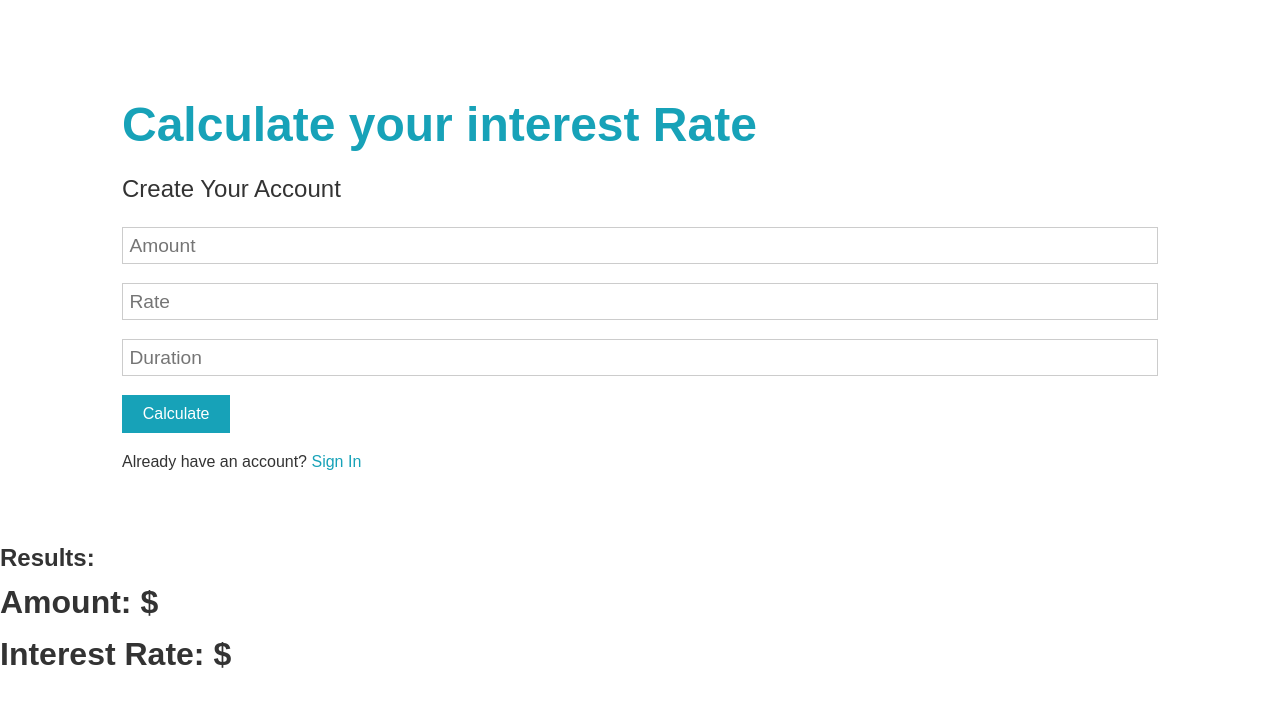
Repository: codding-ideas/loan-calculator
Page: / (app in client/)
An editor plug-in stored every save of this project. The page is shown before and after the next save, followed by the edit.
The browser window is 1280 px wide. The pictures show the whole page.
The project was rebuilt for these pictures with package versions that can differ from the ones it lists, and the page was loaded fresh each time.

Above is the page before, as saved 2019-07-08 21:44:32.

### client/src/index.js
import React from 'react';
import ReactDOM from 'react-dom';
import { Provider } from 'react-redux';
import { createStore, applyMiddleware } from 'redux';
import reduxThunk from 'redux-thunk';
import { composeWithDevTools} from 'redux-devtools-extension';
import rootReducer from './redux/reducers'
import App from './App';


// const store = createStore(users, composeWithDevTools(applyMiddleware(reduxThunk)) )
const store = createStore(rootReducer, composeWithDevTools(applyMiddleware(reduxThunk)))

ReactDOM.render(
<Provider store = {store}>

  <App />

  </Provider>,
document.getElementById('root'));

### client/src/redux/reducers/index.js
import { combineReducers } from 'redux';
import loanReducer from './loanReducer'


export default combineReducers({
  loan: loanReducer
})

### client/src/App.js
import React, { useState} from 'react';
import Results from '../src/componets/Results';
import CalculateInterestForm from '../src/componets/Forms//CalculateInterestForm'
import './App.css';

function App() {


  return (
    <div>

      <CalculateInterestForm/>

      < Results />
    </div>
  )
}

export default App;

### client/src/redux/reducers/loanReducer.js


const initialState = {
//  amount: [],
//  rate: '',
//  convertedRate: '',
//  duration: '',
//  interestRate: '',
//  amountToPay: ''

 amount:'',
 rate: '',
 duration: '',
 interestRate: '',
 amountToPay: ''

}

export default (state = initialState, action) => {
  switch(action.type){
    case 'CREATE_INTEREST':
     return {
      ...state,
       amount: action.payload.amount,
       rate: parseFloat( action.payload.rate/100).toFixed(3),
       duration: action.payload.duration,
       interestRate: parseFloat((action.payload.amount) * (action.payload.rate/100) * (action.payload.duration)).toFixed(3),


       amountToPay: parseFloat(action.payload.amount + ((action.payload.amount) * (action.payload.rate/100) * (action.payload.duration))).toFixed(3)

     }
     default:
      return state
  }
}

### client/src/componets/Results.js
import React from 'react';
import { connect } from 'react-redux';

const Results = (props) => {
    console.log(props.loan.amount)
    return (
        <div>
            <h2>Results:</h2>
            <h1>Amount: $ {props.loan.amount}</h1>
            <h1>Interest Rate: ${props.loan.interestRate}</h1>
        </div>
    )
}

const mapStateToProps = (state) => {
     return {
         loan: state.loan
     }
}

export default connect(mapStateToProps, null) (Results)

### client/src/componets/Forms/CalculateInterestForm.js
import React, { useState} from 'react';
import { connect } from 'react-redux';
import { createLoan} from '../../redux/actions/loanAction'

const CalculateInterestForm = (props) => {
  const initialState = {
    amount: "",
    rate: "",
    duration: ""

  };

     const [formData, setFormData ] = useState(initialState)

   //Create on change methods
   //This method update the state values
   const onChange = (e) => {
     setFormData({...formData, [e.target.name]: e.target.value})
   }

  //Onsubmit
  const onFormSubmit = e => {
    e.preventDefault();
    props.createLoan(formData);
  };


  return (
    <div className="App">
        <section className="container">
      <h3 className="large text-primary">Calculate your interest Rate</h3>
      <p className="lead"><i className="fas fa-money"></i> Create Your Account</p>
      <form className="form" onSubmit = {onFormSubmit}>
        <div className="form-group">
          <input type="text" placeholder="Amount" name="amount"   onChange = {onChange}/>
        </div>
        <div className="form-group">
          <input type="text" placeholder="Rate" name="rate" onChange = {e => onChange(e)} />

        </div>
        <div className="form-group">
          <input
            type="text"
            placeholder="Duration"
            name="duration"
            onChange = {onChange}
          />
        </div>

        <input type="submit" className="btn btn-primary" value="Calculate" />
      </form>
      <p className="my-1">
        Already have an account? <a href="login.html">Sign In</a>
      </p>
    </section>
    </div>
  );
}

export default connect(null, {createLoan}) (CalculateInterestForm)

### client/src/App.css
/* Global Styles */
:root {
  --primary-color: #17a2b8;
  --dark-color: #343a40;
  --light-color: #f4f4f4;
  --danger-color: #dc3545;
  --success-color: #28a745;
}

* {
  box-sizing: border-box;
  margin: 0;
  padding: 0;
}

body {
  font-family: 'Raleway', sans-serif;
  font-size: 1rem;
  line-height: 1.6;
  background-color: #fff;
  color: #333;
}

a {
  color: var(--primary-color);
  text-decoration: none;
}

ul {
  list-style: none;
}

img {
  width: 100%;
}

/* Utilities */
.container {
  max-width: 1100px;
  margin: auto;
  overflow: hidden;
  padding: 0 2rem;
  margin-top: 6rem;
  margin-bottom: 3rem;
}

/* Text Styles*/
.x-large {
  font-size: 4rem;
  line-height: 1.2;
  margin-bottom: 1rem;
}

.large {
  font-size: 3rem;
  line-height: 1.2;
  margin-bottom: 1rem;
}

.lead {
  font-size: 1.5rem;
  margin-bottom: 1rem;
}

.text-center {
  text-align: center;
}

.text-primary {
  color: var(--primary-color);
}

.text-dark {
  color: var(--dark-color);
}

/* Padding */
.p {
  padding: 0.5rem;
}

.p-1 {
  padding: 1rem;
}

.p-2 {
  padding: 2rem;
}

.p-3 {
  padding: 3rem;
}

.py {
  padding: 0.5rem 0;
}

.py-1 {
  padding: 1rem 0;
}

.py-2 {
  padding: 2rem 0;
}

.py-3 {
  padding: 3rem 0;
}

/* Margin */
.m {
  margin: 0.5rem;
}

.m-1 {
  margin: 1rem;
}

.m-2 {
  margin: 2rem;
}

.m-3 {
  margin: 3rem;
}

.my {
  margin: 0.5rem 0;
}

.my-1 {
  margin: 1rem 0;
}

.my-2 {
  margin: 2rem 0;
}

.my-3 {
  margin: 3rem 0;
}

.btn {
  display: inline-block;
  background: var(--light-color);
  color: #333;
  padding: 0.4rem 1.3rem;
  font-size: 1rem;
  border: none;
  cursor: pointer;
  margin-right: 0.5rem;
  transition: opacity 0.2s ease-in;
  outline: none;
}

.badge {
  font-size: 0.8rem;
  padding: 0.1rem;
  text-align: center;
  margin: 0.3rem;
  background: var(--light-color);
  color: #333;
}

.alert {
  padding: 0.8rem;
  margin: 1rem 0;
  opacity: 0.9;
  background: var(--light-color);
  color: #333;
}

.btn-primary,
.bg-primary,
.badge-primary,
.alert-primary {
  background: var(--primary-color);
  color: #fff;
}

.btn-light,
.bg-light,
.badge-light,
.alert-light {
  background: var(--light-color);
  color: #333;
}

.btn-dark,
.bg-dark,
.badge-dark,
.alert-dark {
  background: var(--dark-color);
  color: #fff;
}

.btn-danger,
.bg-danger,
.badge-danger,
.alert-danger {
  background: var(--danger-color);
  color: #fff;
}

.btn-success,
.bg-success,
.badge-success,
.alert-success {
  background: var(--success-color);
  color: #fff;
}

.btn-white,
.bg-white,
.badge-white,
.alert-white {
  background: #fff;
  color: #333;
  border: #ccc solid 1px;
}

.btn:hover {
  opacity: 0.8;
}

.bg-light,
.badge-light {
  border: #ccc solid 1px;
}

.round-img {
  border-radius: 50%;
}

.line {
  height: 1px;
  background: #ccc;
  margin: 1.5rem 0;
}

/* Overlay */
.dark-overlay {
  background-color: rgba(0, 0, 0, 0.7);
  position: absolute;
  top: 0;
  left: 0;
  width: 100%;
  height: 100%;
}

/* Forms */
.form .form-group {
  margin: 1.2rem 0;
}

.form .form-text {
  display: block;
  margin-top: 0.3rem;
  color: #888;
}

.form input[type='text'],
.form input[type='email'],
.form input[type='password'],
.form input[type='date'],
.form select,
.form textarea {
  display: block;
  width: 100%;
  padding: 0.4rem;
  font-size: 1.2rem;
  border: 1px solid #ccc;
}

.form input[type='submit'],
button {
  font: inherit;
}

.form .social-input {
  display: flex;
}

.form .social-input i {
  padding: 0.5rem;
  width: 4rem;
}

.form .social-input i.fa-twitter {
  color: #38a1f3;
}

.form .social-input i.fa-facebook {
  color: #3b5998;
}

.form .social-input i.fa-instagram {
  color: #3f729b;
}

.form .social-input i.fa-youtube {
  color: #c4302b;
}

.form .social-input i.fa-linkedin {
  color: #0077b5;
}

.table th,
.table td {
  padding: 1rem;
  text-align: left;
}

.table th {
  background: var(--light-color);
}

/* Navbar */
.navbar {
  display: flex;
  justify-content: space-between;
  align-items: center;
  padding: 0.7rem 2rem;
  position: fixed;
  z-index: 1;
  width: 100%;
  top: 0;
  background: #014e14;
  border-bottom: solid 1px var(--primary-color);
  opacity: 0.9;
}

.navbar ul {
  display: flex;
}

.navbar a {
  color: #fff;
  padding: 0.45rem;
  margin: 0 0.25rem;
}

.navbar a:hover {
  color: var(--primary-color);
}

.navbar .welcome span {
  margin-right: 0.6rem;
}

/* Landing Page */
.landing {
  position: relative;
  background: url('./img/showcase.jpg') no-repeat center center/cover;
  height: 100vh;
}

.landing-inner {
  color: #fff;
  height: 100%;
  width: 80%;
  margin: auto;
  display: flex;
  flex-direction: column;
  align-items: center;
  justify-content: center;
  text-align: center;
}

/* Profiles Page */
.profile {
  display: grid;
  grid-template-columns: 2fr 4fr 2fr;
  align-items: center;
  grid-gap: 2rem;
  padding: 1rem;
  line-height: 1.8;
  margin-bottom: 1rem;
}

/* Profile Page */
.profile-grid {
  display: grid;
  grid-template-areas:
    'top top'
    'about about'
    'exp edu'
    'github github';
  grid-gap: 1rem;
}

.profile-top {
  grid-area: top;
  display: flex;
  flex-direction: column;
  align-items: center;
  justify-content: center;
  text-align: center;
}

.profile-top img {
  width: 250px;
}

.profile-top .icons a {
  color: #fff;
  margin: 0 0.3rem;
}

.profile-top .icons a:hover {
  color: var(--dark-color);
}

.profile-about {
  grid-area: about;
  text-align: center;
}

.profile-about .skills {
  display: flex;
  align-items: center;
  justify-content: center;
  text-align: center;
}

.profile-exp {
  grid-area: exp;
}

.profile-edu {
  grid-area: edu;
}

.profile-exp h2,
.profile-edu h2 {
  margin-bottom: 1rem;
}

.profile-exp>div,
.profile-edu>div {
  margin-bottom: 1rem;
  padding-bottom: 1rem;
  border-bottom: #ccc 1px dotted;
}

.profile-exp>div:last-child,
.profile-edu>div:last-child {
  border: 0;
}

.profile-exp p,
.profile-edu p {
  margin: 0.5rem 0;
}

.profile-github {
  grid-area: github;
}

.profile-github .repo {
  display: flex;
}

.profile-github .repo>div:first-child {
  flex: 7;
  flex-basis: 70%;
}

.profile-github>div:last-child {
  flex: 3;
  flex-basis: 20%;
}

/* Posts Page */
.post-form .post-form-header {
  background: var(--primary-color);
  padding: 0.5rem;
}

.post {
  display: grid;
  grid-template-columns: 1fr 4fr;
  grid-gap: 2rem;
  align-items: center;
}

.post>div:first-child {
  text-align: center;
}

.post img {
  width: 100px;
}

.post .comment-count {
  background: var(--light-color);
  color: var(--primary-color);
  padding: 0.1rem 0.2rem;
  border-radius: 5px;
  font-size: 0.8rem;
}

.post .post-date {
  color: #aaa;
  font-size: 0.8rem;
  margin-bottom: 0.5rem;
}

/* Mobile Styles */
@media (max-width: 700px) {
  .container {
    margin-top: 8rem;
  }

  .hide-sm {
    display: none;
  }

  /* Text Styles */
  .x-large {
    font-size: 3rem;
  }

  .large {
    font-size: 2rem;
  }

  .lead {
    font-size: 1rem;
  }

  /* Navbar */
  .navbar {
    display: block;
    text-align: center;
  }

  .navbar ul {
    text-align: center;
    justify-content: center;
  }

  .navbar h1 {
    margin-bottom: 1rem;
  }

  .navbar .welcome {
    display: none;
  }

  /* Profiles Page */
  .profile {
    grid-template-columns: 1fr;
    text-align: center;
  }

  .profile ul {
    display: none;
  }

  /* Profile Page */

  .profile-top img,
  .profile img {
    width: 200px;
    margin: auto;
  }

  .profile-grid {
    grid-template-areas:
      'top'
      'about'
      'exp'
      'edu'
      'github';
  }

  .profile-about .skills {
    flex-direction: column;
  }

  .dash-buttons a {
    display: block;
    width: 100%;
    margin-bottom: 0.2rem;
  }

  .post {
    grid-template-columns: 1fr;
  }

  .post a,
  .post button {
    padding: 0.3rem 0.4rem;
  }
}

### client/src/redux/actions/loanAction.js
import axios from 'axios';

export const createLoan = (values) => {
   return function(dispatch){
     axios.post('/api/loan', values)
     .then((loan) => {
      dispatch({
       type: 'CREATE_INTEREST',
       payload: loan.data
      })
     })
   }

}

After the next save:
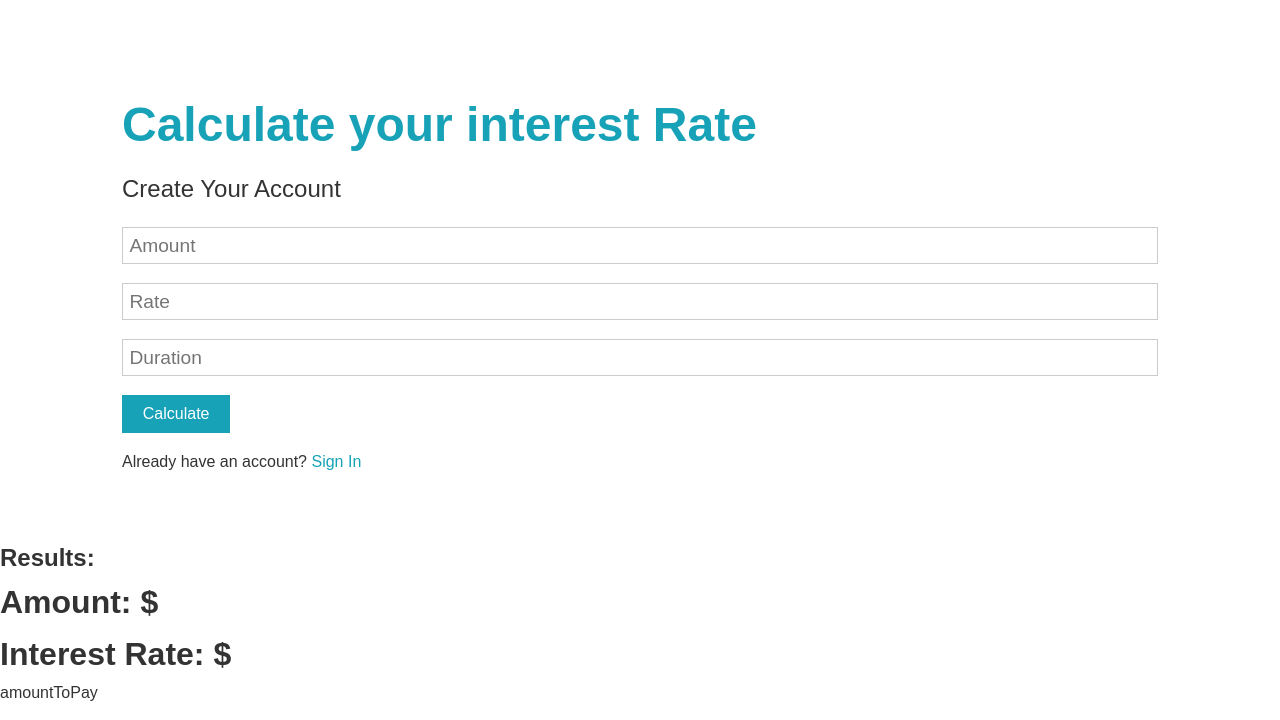
Saved 37 s later.
--- a/client/src/componets/Results.js
+++ b/client/src/componets/Results.js
@@ -8,6 +8,7 @@ const Results = (props) => {
             <h2>Results:</h2>
             <h1>Amount: $ {props.loan.amount}</h1>
             <h1>Interest Rate: ${props.loan.interestRate}</h1>
+            amountToPay
         </div>
     )
 }
